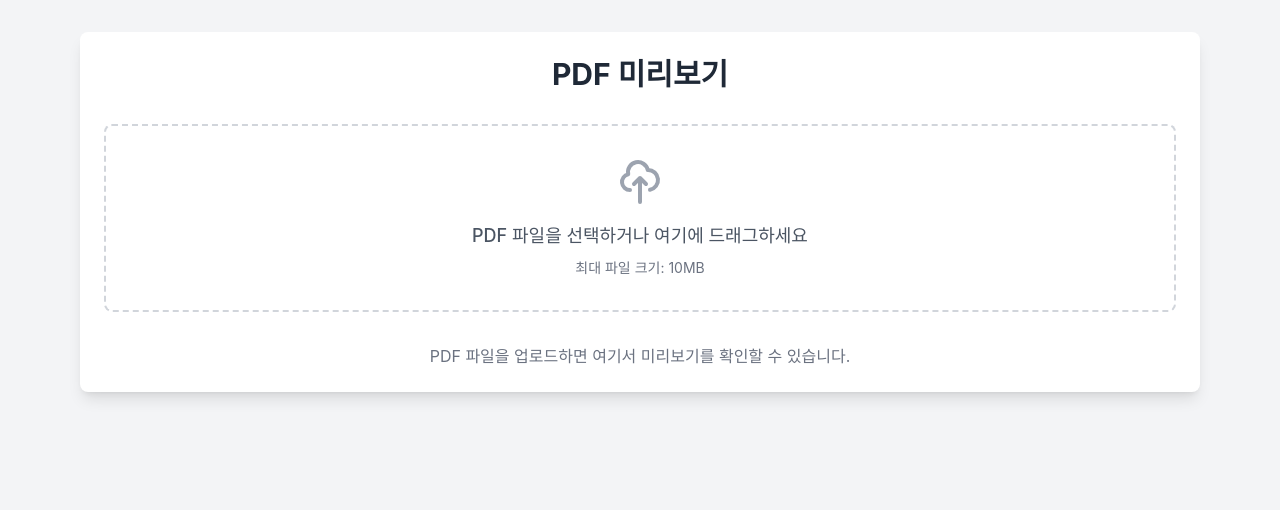
Repository: orcaCrew/PDF-Handler
Page: /
An editor plug-in stored every save of this project. The page is shown before and after the next save, followed by the edit.
The browser window is 1280 px wide. The pictures show the whole page.
The project was rebuilt for these pictures with package versions that can differ from the ones it lists, and the page was loaded fresh each time.

Above is the page before, as saved 2025-07-18 13:39:19.

After the next save:
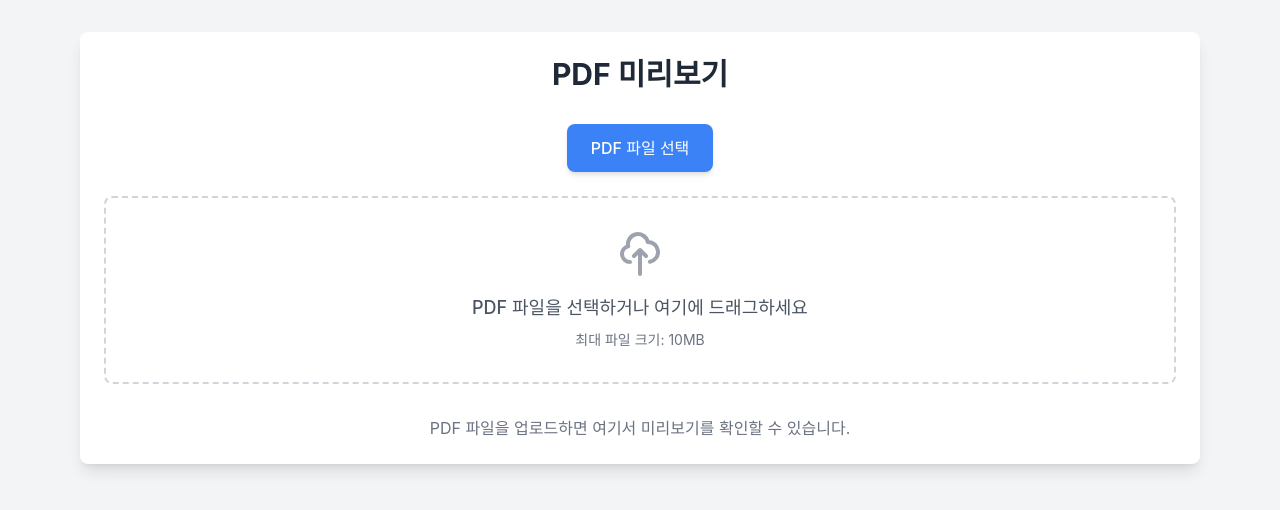
Saved 14 s later.
--- a/src/App.js
+++ b/src/App.js
@@ -77,6 +77,16 @@ function App() {
           <h1 className="text-3xl font-bold text-gray-800 mb-8 text-center">
             PDF 미리보기
           </h1>
+
+          {/* PDF 선택 버튼 */}
+          <div className="flex justify-center mb-6">
+            <button
+              onClick={() => fileInputRef.current?.click()}
+              className="px-6 py-3 bg-blue-500 text-white rounded-lg hover:bg-blue-600 transition-colors font-medium shadow-md"
+            >
+              PDF 파일 선택
+            </button>
+          </div>
 
           {/* 파일 업로드 영역 */}
           <div className="mb-8">
